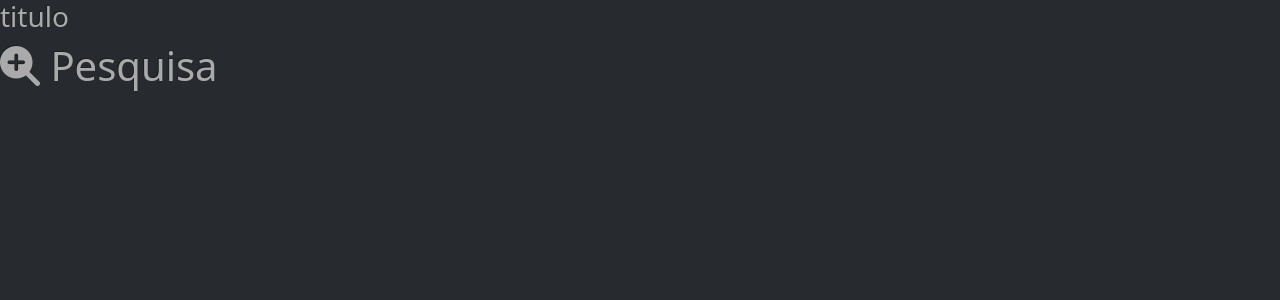
Repository: cargugati/lista_tarefas
Page: frontEnd/index.html
The author's editor kept a copy of each file at every save. The page is drawn from the files as they stood at one save, then again after the next save.
The browser window is 1280 px wide. The pictures show the whole page.

Above is the page before, as saved 2023-03-16 09:43:57.

After the next save:
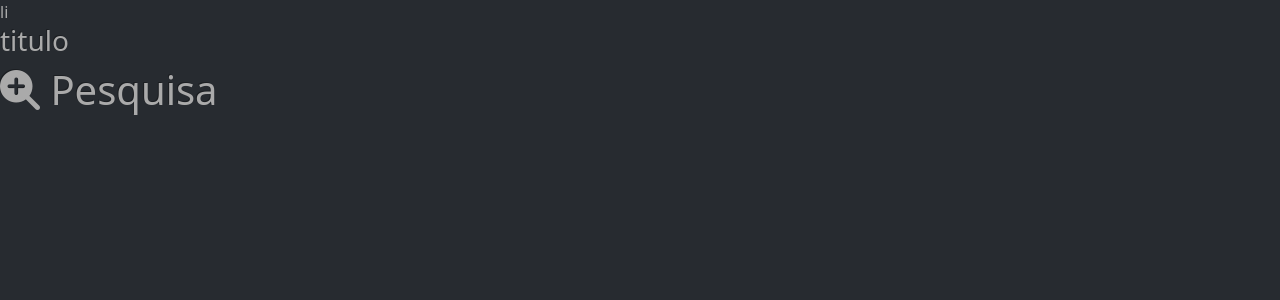
Saved 12 min 36 s later.
--- a/frontEnd/index.html
+++ b/frontEnd/index.html
@@ -8,6 +8,7 @@
   <title>Lista de Tarefas</title>
   <link rel="stylesheet" href="/assets/css/bootstrap.min.css">
   <link rel="stylesheet" href="/assets/fontawesome/css/all.min.css">
+  li
 </head>
 
 <body>

After the save that followed:
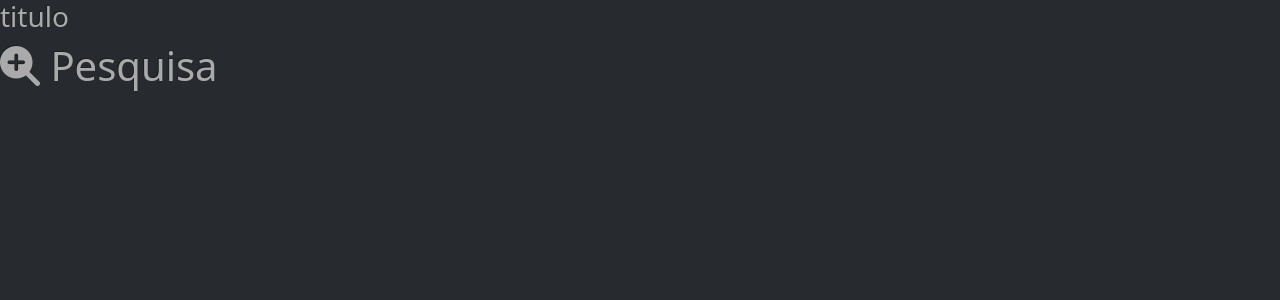
Saved 7 s later.
--- a/frontEnd/index.html
+++ b/frontEnd/index.html
@@ -8,7 +8,7 @@
   <title>Lista de Tarefas</title>
   <link rel="stylesheet" href="/assets/css/bootstrap.min.css">
   <link rel="stylesheet" href="/assets/fontawesome/css/all.min.css">
-  li
+  <link rel="shortcut icon" href="favicon.ico" type="image/x-icon">
 </head>
 
 <body>
